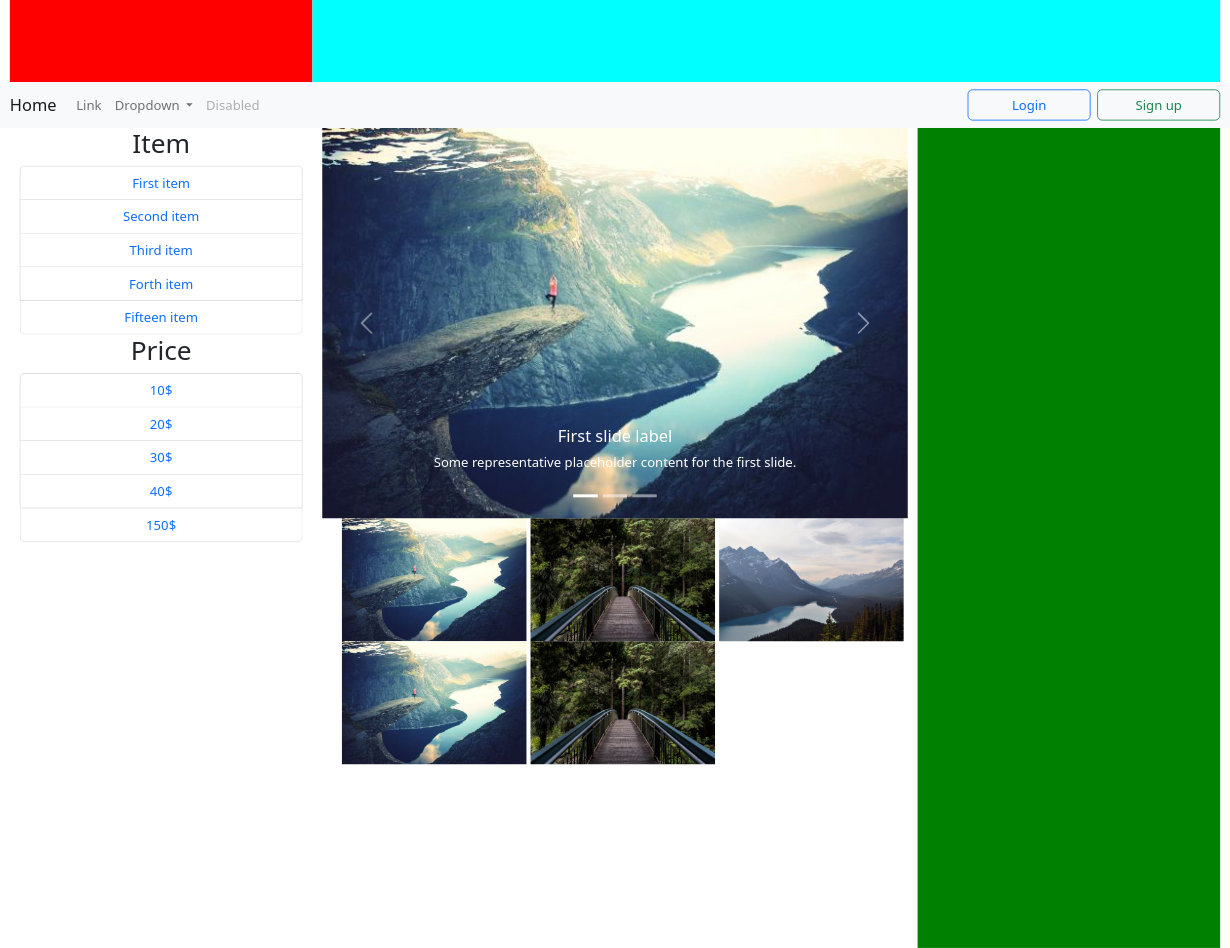
Repository: nguyenhung50497/MD2_bootstrap
Page: BT_giaoDienWeb/index.html
These files come from the project's save history. The page is drawn as it stood at one moment and after the next save; the edit follows.
The browser window is 1280 px wide. The page is 1500 px wide, so the pictures cover 1500 px, including what lies to the right of the window. The pictures show the whole page, at 82% of full size.

Above is the page before, as saved 2022-11-30 14:08:28.

After the next save:
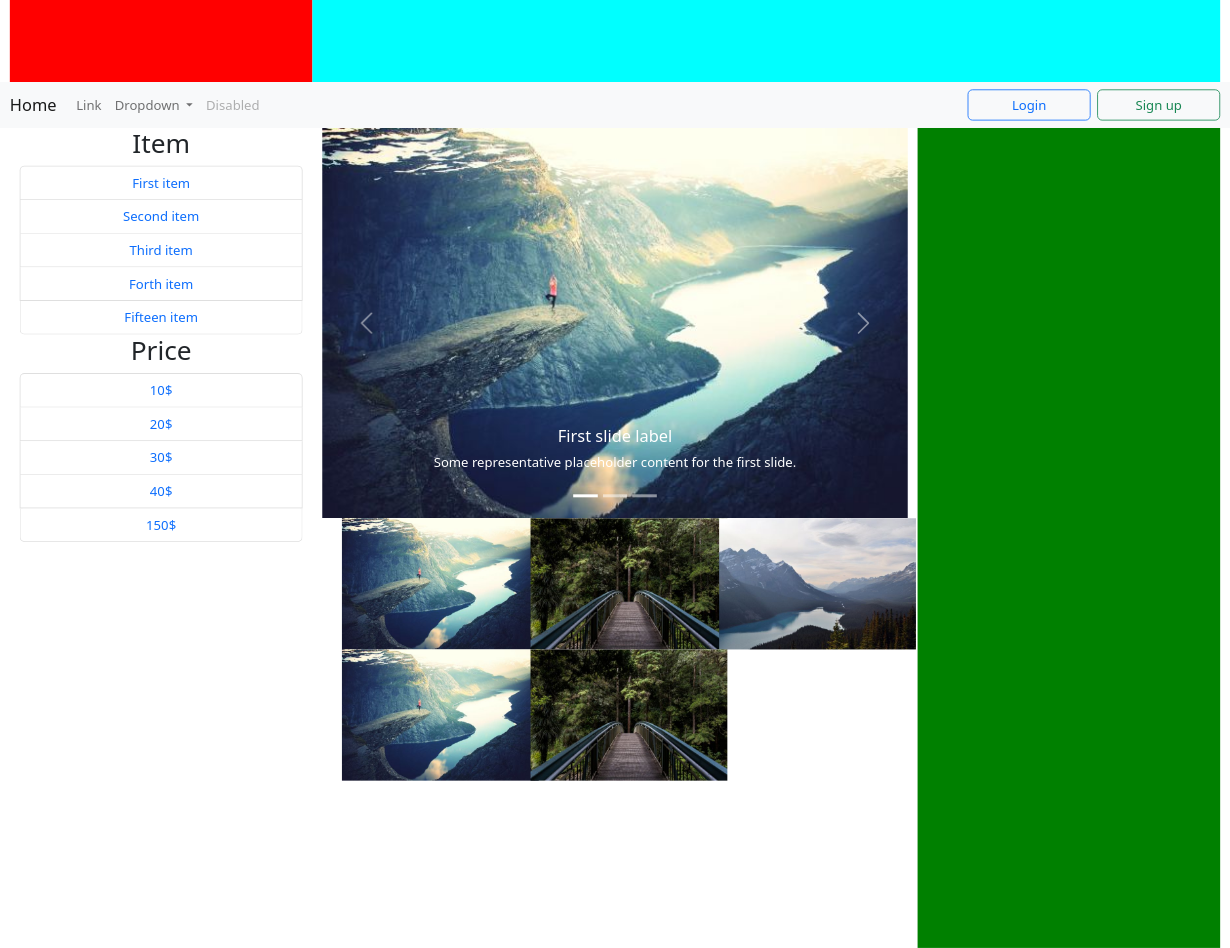
Saved 14 s later.
--- a/BT_giaoDienWeb/index.html
+++ b/BT_giaoDienWeb/index.html
@@ -25,7 +25,7 @@
         text-decoration: none;
     }
     .contentImg > div > img {
-        height: 150px;
+        height: 160px;
     }
 </style>
 <body>

After the save that followed:
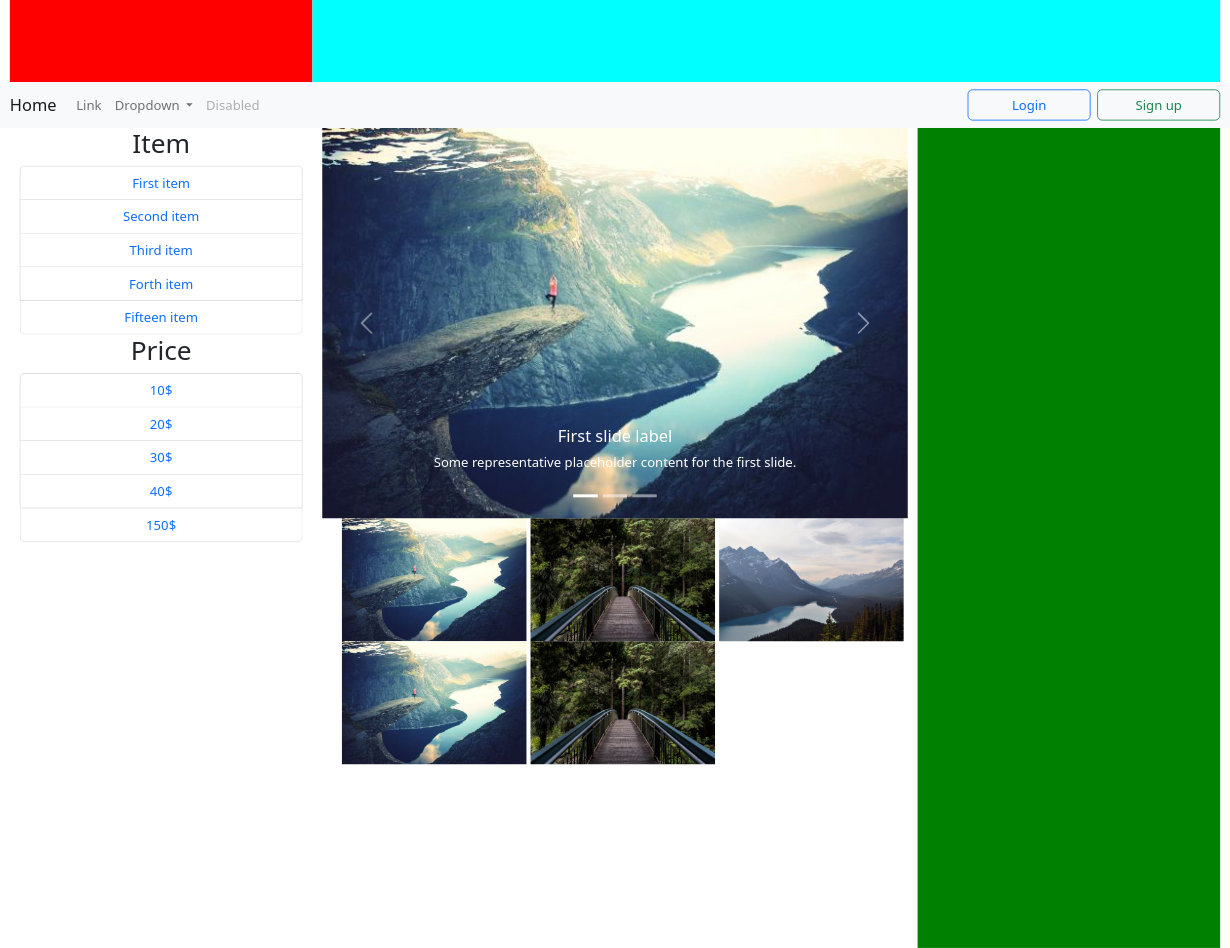
Saved 4 s later.
--- a/BT_giaoDienWeb/index.html
+++ b/BT_giaoDienWeb/index.html
@@ -25,7 +25,7 @@
         text-decoration: none;
     }
     .contentImg > div > img {
-        height: 160px;
+        height: 150px;
     }
 </style>
 <body>
